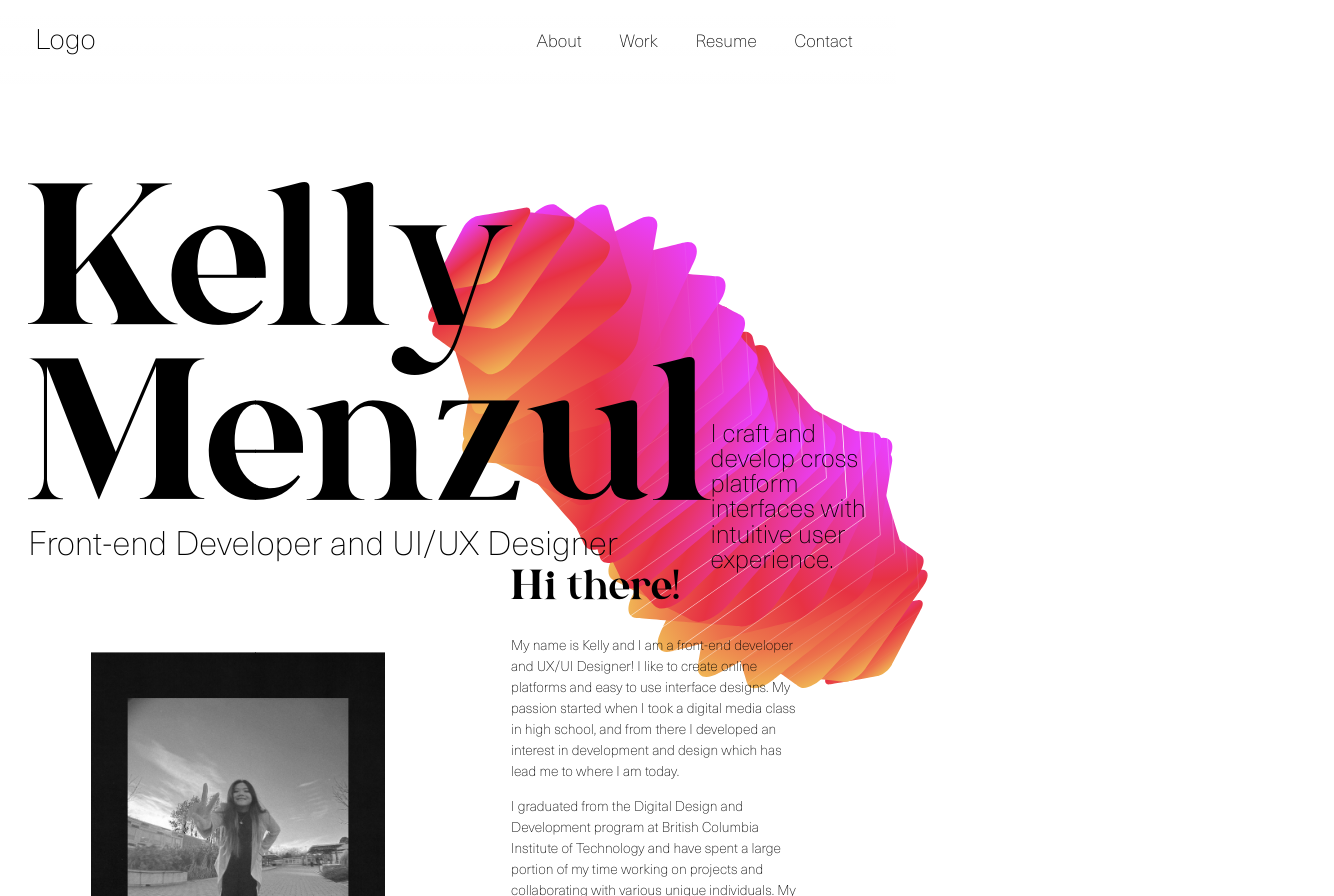
Repository: KellyMenzul/Kelly-Menzul
Page: /
The author's editor kept a copy of each file at every save. The page is drawn from the files as they stood at one save, then again after the next save.
The browser window is 1280 px wide. The page is 1905 px wide, then 1870 px, so the pictures cover 1905 px, including what lies to the right of the window. The pictures show the part of the page from y = 0 to 1280 px (the page is 2160 px tall), at 70% of full size.
The project was rebuilt for these pictures with package versions that can differ from the ones it lists, and the page was loaded fresh each time. The framework's server and built-in components were replaced by stand-ins that run in the browser. Also part of the build but not shown: next.config.js.

Above is the page before, as saved 2022-01-20 15:26:26.

### pages/_document.js
import Document from 'next/document';
import { ServerStyleSheet } from 'styled-components';

export default class MyDocument extends Document {
 static async getInitialProps(ctx) {
   const sheet = new ServerStyleSheet();
   const originalRenderPage = ctx.renderPage;

   try {
     ctx.renderPage = () =>
       originalRenderPage({
         enhanceApp: (App) => (props) =>
           sheet.collectStyles(<App {...props} />),
       });

     const initialProps = await Document.getInitialProps(ctx);
     return {
       ...initialProps,
       styles: (
         <>
           {initialProps.styles}
           {sheet.getStyleElement()}
         </>
       ),
     };
   } finally {
     sheet.seal();
   }
 }
}

### pages/index.js
import Image from 'next/image'
import styled from 'styled-components'
import MenuBar from '../comps/MenuBar'
import Name from '../comps/Name'
import Position from '../comps/Position'
import Intro from '../comps/Intro'
import Head from '../comps/Head'
import Work from '../comps/Work'
import { useState, useEffect } from "react";
import Load from '../comps/Load'


const Holder = styled.div`
display:flex;
flex-direction:column;
width:100%;
flex-wrap:wrap;
`
const MenuHolder = styled.div`
display:flex;
flex-direction:column;
width:100%;
position:fixed;
z-index:2;
`
const LandingHolder = styled.div`
display:flex;
position:relative;
width:100%;
height:100vh;
padding:40px;
flex-wrap:wrap;
`
const LandingHolderLeft = styled.div`
display:flex;
width:100%;
flex:2;
flex-direction:column;
justify-content:flex-end;
`

const LandingHolderRight = styled.div`
display:flex;
flex:1;
align-items:flex-end;
justify-content:flex-end;
`

const NameHolder = styled.div``

const IntroHolder = styled.div`
display:flex;
`
// About

const AboutHolder = styled.div`
display:flex;
flex-direction:row;
width:100%;
height:100vh;
padding:40px;
flex-wrap:wrap;
`

const  AboutHolderLeft = styled.div`
flex:1;
display:flex;
flex-direction:column;
justify-content:center;
align-items:center;
`

const  AboutHolderRight = styled.div`
display:flex;
flex-direction:column;
align-items:center;
justify-content:center;
flex:1;
`
const AboutMeHolder = styled.div`
display:flex;
flex-direction:column;
width:70%;
`

// work

const WorkHolder = styled.div `
display:flex;
flex-direction:row;
width:100%;
height:100vh;
flex-wrap:wrap;
`
const  WorkHolderLeft = styled.div`
display:flex;
align-items:center;
justify-content:center;
flex:1;
`

const  WorkHolderRight = styled.div`
flex:1;
display:flex;
align-items:center;
justify-content:center;
`

const LoadHolder = styled.div`
position:absolute;
z-index:-1;
top:-300px;
left:30px;

`
const TextHolder  =styled.div``

const HeroImage = styled.img`
width:70%;
`

export default function Home() {
  // const [setup1, setSetup1] =  useState(false)

  // if (setup1 === false) {
  //   setTimeout(() => {
  //     setSetup1(true)
  //   },5000)

  //   return <LoadHolder>
  //     <Load/>
  //     <TextHolder>Welcome</TextHolder>
  //   </LoadHolder>
  // }

  return (
    <Holder>
      <MenuHolder>
        <MenuBar />
      </MenuHolder>


      <LandingHolder id='landing'>
        <LoadHolder>
          <Load/>
        </LoadHolder>

        <LandingHolderLeft>
          <NameHolder>
            <Name/>
            <Position topmargin='-160px'/>
          </NameHolder>
        </LandingHolderLeft>

        <LandingHolderRight>
          <IntroHolder>
           <Intro/>
          </IntroHolder>
        </LandingHolderRight>
      </LandingHolder>

      <AboutHolder id='about'>
        <AboutHolderLeft>
          <HeroImage src='/me.png'/>
        </AboutHolderLeft>
        <AboutHolderRight>
            <AboutMeHolder>
              <Head text='Hi there!'/>
              <Position fontsize='20px' text='My name is Kelly and I am a front-end developer and UX/UI Designer! I like to create online platforms and easy to use interface designs. My passion started when I took a digital media class in high school, and from there I developed an interest in development and design which has lead me to where I am today.'/>
              <Position fontsize='20px' text='I graduated from the Digital Design and Development program at British Columbia Institute of Technology and have spent a large portion of my time working on projects and collaborating with various unique individuals. My main priorities include building dynamic interactive cross platforms that are accessible for users.'/>
              <Position fontsize='20px' text='Other than web development I enjoy working on graphic design projects as well. I have collaborated with small businesses and created design brands and business cards for my past time. Outside of the tech world I enjoy hiking and snowboarding. One of my biggest interests are fashion and spend a lot of time online shopping!'/>
            </AboutMeHolder>
        </AboutHolderRight>
      </AboutHolder>

      <WorkHolder id='work'>
        <WorkHolderLeft>
          <Work routeTo='/development' buttontext="See what I've built" text='I craft and develop cross platform interfaces with intuitive user experience.' headerhere='I Build'/>
        </WorkHolderLeft>
        <WorkHolderRight>
          <Work routeTo='/design' buttontext="See what I've designed" text='I craft and develop cross platform interfaces with intuitive user experience.' headerhere='I Design'/>
        </WorkHolderRight>
      </WorkHolder>



    </Holder>
  )
}

### styles/globals.css
@font-face {
  font-family: "textbold";
  src: url(../public/fonts/NeueHaasUnica/NeueHaasUnica-Bold.ttf);
  font-display: swap;
}

@font-face {
  font-family: "textlight";
  src: url(../public/fonts/NeueHaasUnica/NeueHaasUnica-ExtraLight.ttf);
  font-display: swap;
}

@font-face {
  font-family: "heading";
  src: url(../public/fonts/GishellaMorely/Gishella\ Morely.ttf);
  font-display: swap;
}

html,
body {
  padding: 0;
  margin: 0;
  font-family: "textlight";
  scroll-behavior: smooth;
}


a {
  color: inherit;
  text-decoration: none;
}

* {
  box-sizing: border-box;
}

### comps/MenuBar/index.js
import styled from "styled-components";
import React from "react";
import Link from "next/link";

const Holder = styled.div `
display:flex;
align-items:center;
justify-content:center;
width:100%;
background: rgb(255,255,255);
background: linear-gradient(180deg, rgba(255,255,255,1) 0%, rgba(148,187,233,0) 100%);
`
const LogoHolder = styled.div `
margin-left:50px;
`

const Left = styled.div`
flex:1;
`

const Right = styled.div`
flex:1;
display:flex;
justify-content:flex-end;
`

const MenuButtonHolder = styled.div`
display:flex;
flex-firection:row;
width:100%;
justify-content:flex-end;
gap:30px;
margin-right:50px;
`

const MenuButton = styled.button`
border-style:none;
background-color:${props=>props.bgcolor};
font-family:"textlight";
font-size:25px;
color:black;
padding:12px;

&:hover {
    text-decoration:underline;
}
`

const Logo = styled.p`
font-size:40px;
`


const MenuBar = ({
    onButtonPress=()=>{},
    bgcolor="transparent",
}) => {

    return <Holder>
        <Left>
            <Link href="#landing">
            <LogoHolder>
                <Logo>Logo</Logo>
            </LogoHolder>
            </Link>
        </Left>
        <Right>
            <MenuButtonHolder>
                <Link href="#about">
                    <MenuButton bgcolor={bgcolor} onClick={()=>{onButtonPress()}}>About</MenuButton>
                </Link>

                <Link href="#work">
                <MenuButton bgcolor={bgcolor}>Work</MenuButton>
                </Link>

                <MenuButton bgcolor={bgcolor}>Resume</MenuButton>

                <Link href="mailto:kmnzul@gmail.com">
                <MenuButton bgcolor={bgcolor}>Contact</MenuButton>
                </Link>

            </MenuButtonHolder>
        </Right>
    </Holder>
}

export default MenuBar;

### comps/Name/index.js
import styled from "styled-components";
import React from "react";
import { style } from "@mui/system";

const TextHolder = styled.div `
dispay:flex;
flex-wrap:wrap;
width:100%;

`

const Text = styled.h1`
font-family:"heading";
font-size:288px;
font-weight:400;
line-height:250px;
`

const Name = ({}) => {
    return <TextHolder>
        <Text>Kelly Menzul</Text>
        </TextHolder>

}

export default Name;

### comps/Position/index.js
import styled from "styled-components";
import React from "react";

const TextHolder = styled.div`
dispay:flex;
flex-wrap:wrap;
width:100%;
`

const Text = styled.p`
font-family:"textlight";
font-size:${props=>props.fontsize};
font-weight:400;
margin-top:${props=>props.topmargin};
line-height:30px;
`
// margin-top:-160px;
const Position = ({
    text = "Front-end Developer and UI/UX Designer",
    fontsize = "48px",
    topmargin = "0px"
}) => {
    return <TextHolder>
    <Text topmargin={topmargin} fontsize={fontsize}>{text}</Text>
    </TextHolder>
}

export default Position;

### comps/Intro/index.js
import styled from "styled-components";
import React from "react";

const TextHolder = styled.div `
dispay:flex;
flex-wrap:wrap;
width:100%;

`

const Text = styled.h1`
font-family:"textlight";
font-weight:400;
font-size:36px;
`

const Intro = ({}) => {
    return <TextHolder>
        <Text>I craft and develop cross platform interfaces with intuitive user experience.</Text>
        </TextHolder>

}

export default Intro;

### comps/Head/index.js
import styled from "styled-components";
import React from "react";

const TextHolder = styled.div `
dispay:flex;
flex-wrap:wrap;
width:100%;

`

const Text = styled.h1`
font-family:"heading";
font-size:${props=>props.headsize};
font-weight:400;
`

const Head = ({
    headsize="60px",
    text="Heading"
}) => {
    return <TextHolder>
        <Text headsize={headsize}>{text}</Text>
        </TextHolder>

}

export default Head;

### comps/Work/index.js
import styled from "styled-components";
import React from "react";
import Head from "../Head";
import Position from "../Position";
import router, {useRouter} from 'next/router';

const Holder = styled.div `
display:flex;
flex-direction:column;
width:50%;
`

const Header = styled.h2 `
font-family:"heading";
font-size:${props=>props.headsize};
font-weight:400;
`

const Text = styled.p `
font-family:"textlight";
font-size:${props=>props.fontsize};
font-weight:400;
margin-top:${props=>props.topmargin};
`

const Button = styled.button `
border-style:none;
font-family:"textlight";
color:white;
background-color:black;
font-size:18px;
padding:15px;
width:70%;
transition:1s;

&: hover {
    background-color:#FF312E;
}


`

// margin-top:-160px;
const Work = ({
    headsize="60px",
    text = "text",
    fontsize = "24px",
    topmargin = "0px",
    headerhere='header',
    buttontext =  "buttontext",
    routeTo = '/.'

}) => {
    return <Holder>
        <Header headsize={headsize}>{headerhere}</Header>
        <Text topmargin={topmargin} fontsize={fontsize}>{text}</Text>
        <Button onClick={()=>router.push(routeTo)}>{buttontext}</Button>

    </Holder>
}

export default Work;

### comps/Load/index.js
import styled from 'styled-components';
import React, {useEffect, useRef, useState} from 'react';
import lottie from 'lottie-web';


const Container = styled.div`
    width:150%;
`

// const Buttons = styled.button``
var anim = null;


const Load = ({}) => {
    const container = useRef(null)

    useEffect(() => {
        anim = lottie.loadAnimation({
            container: container.current,
            renderer: 'svg',
            loop: true,
            autoplay:true,
            animationData: require('../../public/load.json')

        })
        lottie.setSpeed(0.1);
    }, [])

    return <Container>
        <div className="container" ref={container}></div>
    </Container>
}

export default Load;

Loaded but not shown: pages/_app.js (common file); public/load.json (1 lines, source omitted)

After the next save:
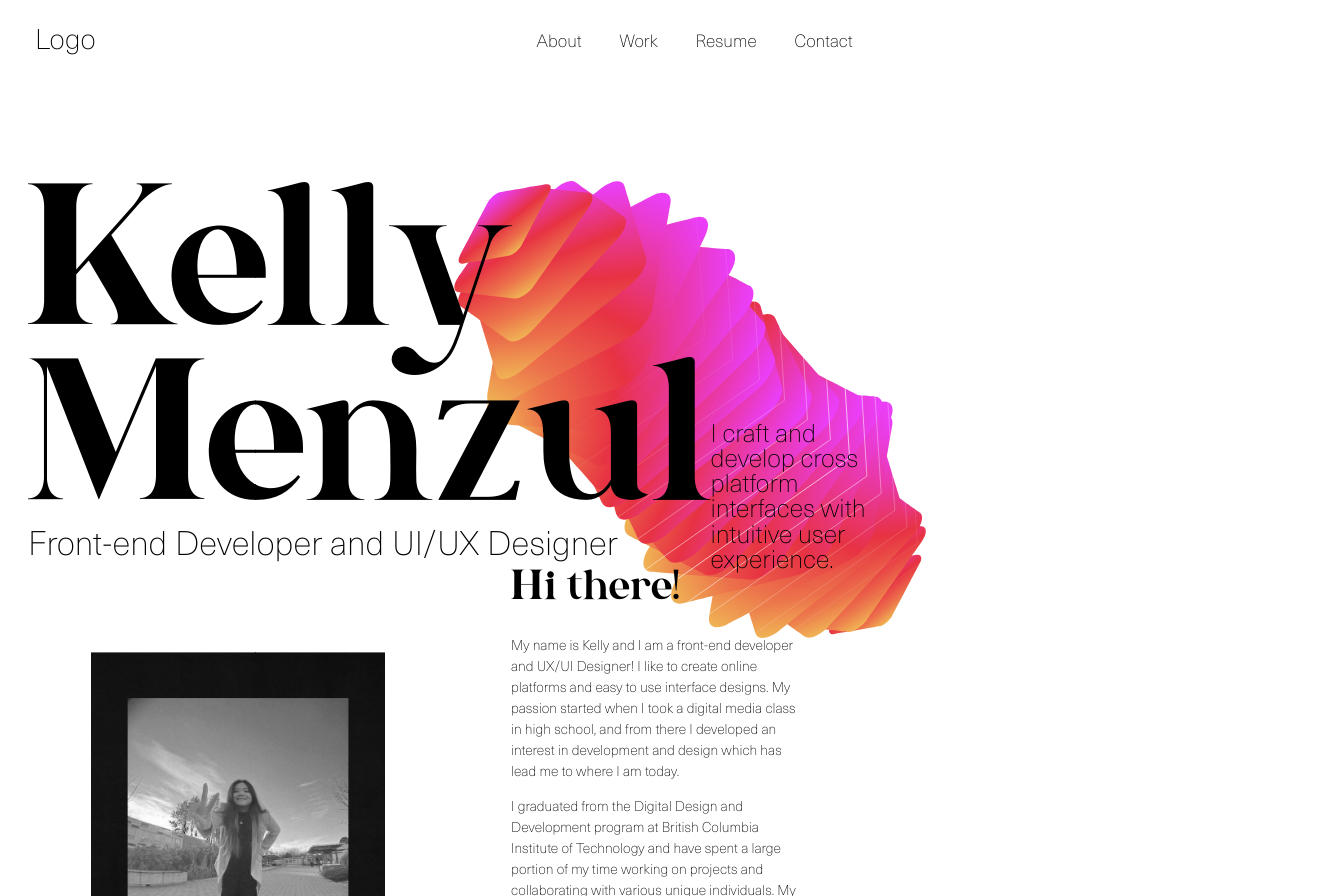
Saved 5 s later.
--- a/pages/index.js
+++ b/pages/index.js
@@ -110,7 +110,7 @@ const LoadHolder = styled.div`
 position:absolute;
 z-index:-1;
 top:-300px;
-left:30px;
+left:100px;
 
 `
 const TextHolder  =styled.div``
